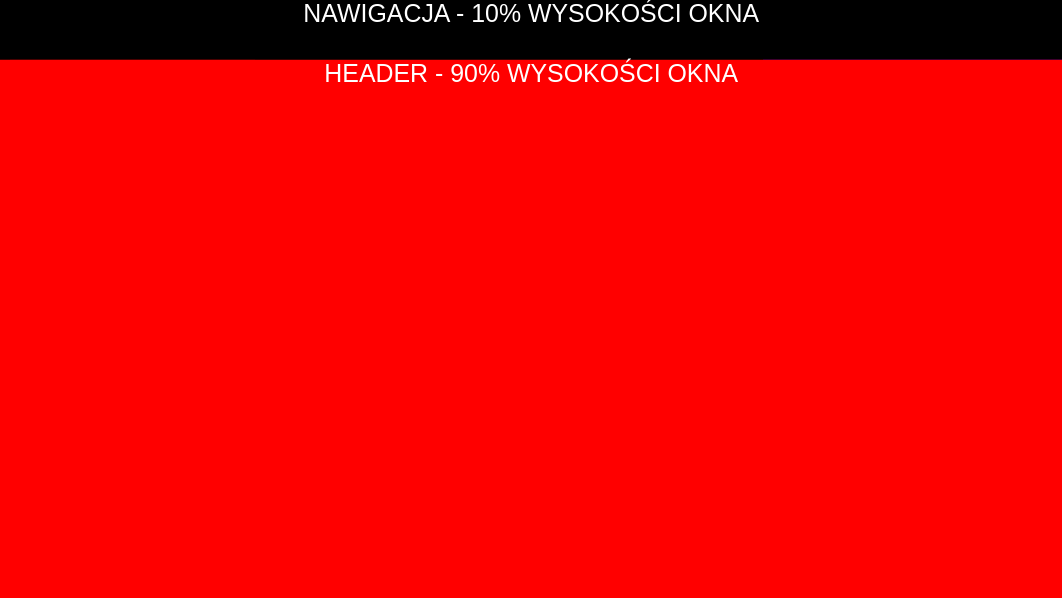
Repository: jasonj2333/advance_CSS
Page: 01-Header, Nav/start.html
An editor plug-in stored every save of this project. The page is shown before and after the next save, followed by the edit.
The browser window is 1280 px wide. The pictures show the whole page, at 83% of full size.

Above is the page before, as saved 2019-04-23 18:35:01.

### 01-Header, Nav/start.html
<!DOCTYPE html>
<html lang="pl">

<head>
    <meta charset="UTF-8">
    <title>Najeżdzanie na header, nav przypięty</title>
    <style>
        * {
            margin: 0;
            padding: 0;
            box-sizing: border-box;
        }

        html {
            text-align: center;
            color: white;
            font-size: 30px;
            text-transform: uppercase;
            font-family: arial;

        }

        nav {
            background-color: #000;
            height: 10vh;
            width: 100%;
            position: fixed;
        }

        header {
            background-color: rgb(255, 0, 0);
            position: fixed;
            top: 10vh;
            left: 0;
            height: 90vh;
            width: 100%;

        }

        main {
            height: 100vh;
            background-color: rgb(17, 0, 255);
        }
    </style>
</head>

<body>
    <nav>
        Nawigacja - 10% wysokości okna
    </nav>
    <header>
        Header - 90% wysokości okna
    </header>
    <main>
        Główna zawartość - 100% wysokości okna
    </main>
</body>

</html>

After the next save:
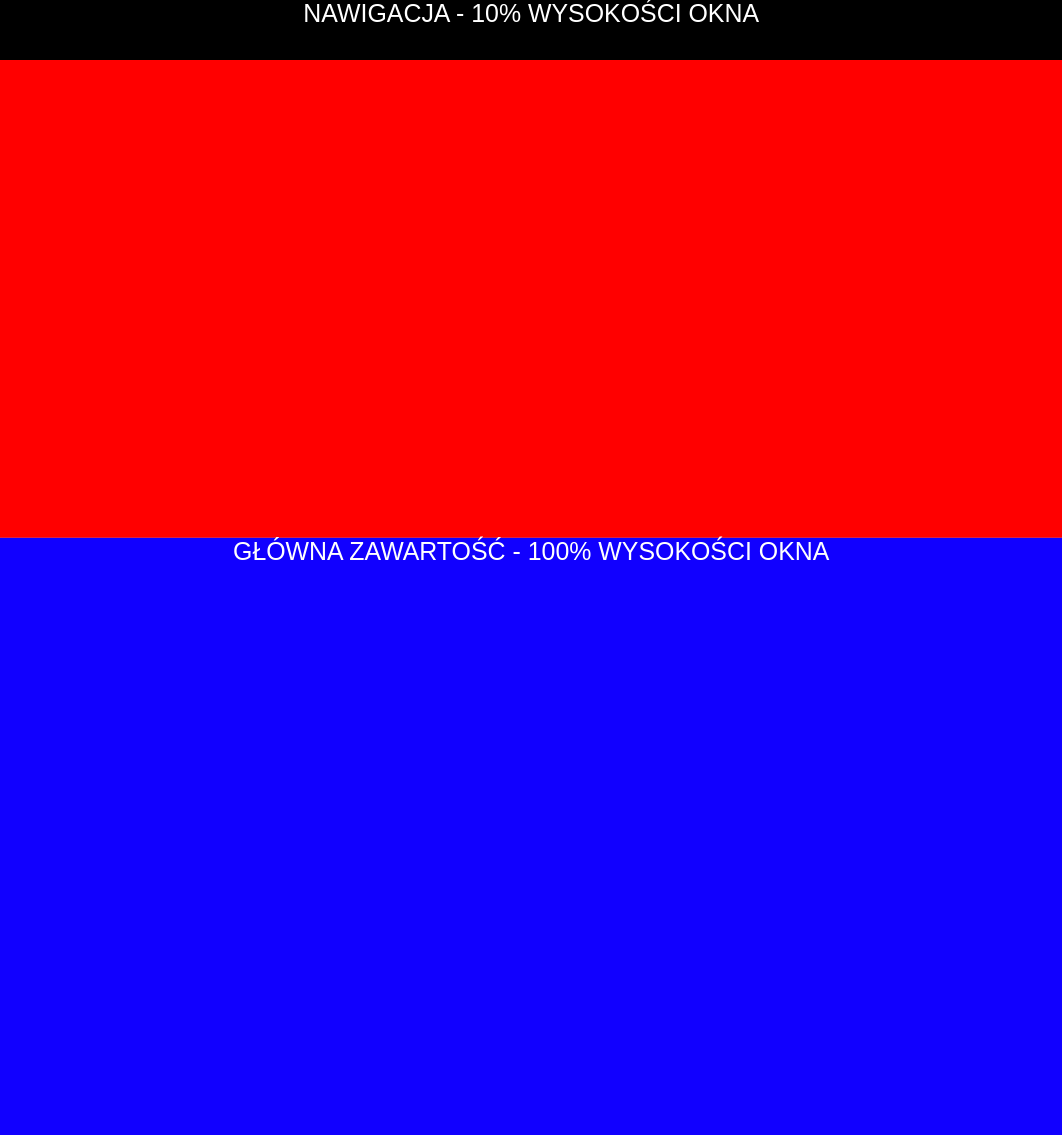
Saved 68 s later.
--- a/01-Header, Nav/start.html
+++ b/01-Header, Nav/start.html
@@ -29,9 +29,9 @@
 
         header {
             background-color: rgb(255, 0, 0);
-            position: fixed;
+            /* position: fixed;
             top: 10vh;
-            left: 0;
+            left: 0; */
             height: 90vh;
             width: 100%;
 

After the save that followed:
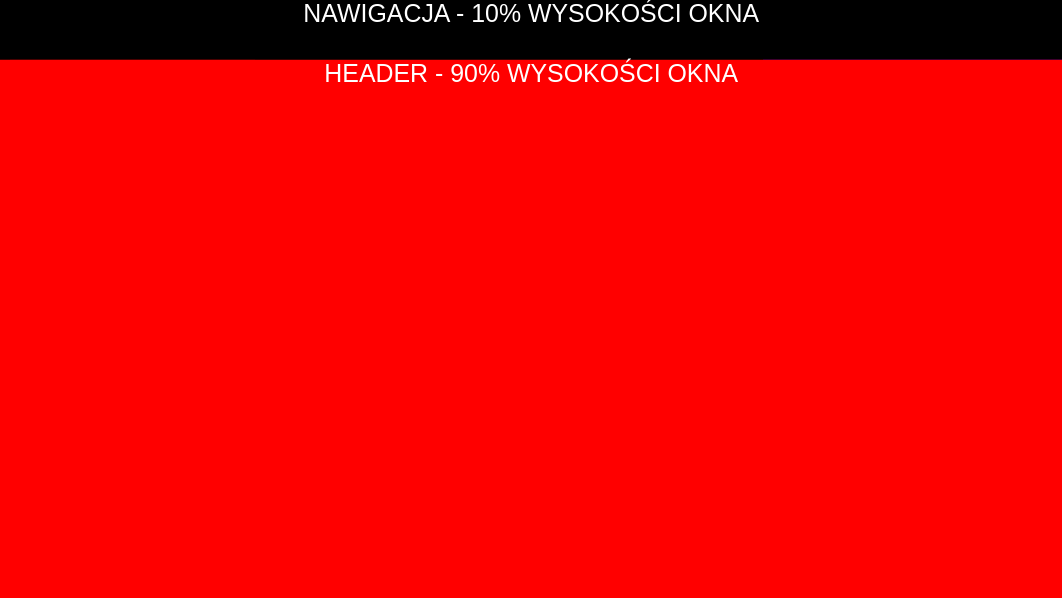
Saved 4 min 55 s later.
--- a/01-Header, Nav/start.html
+++ b/01-Header, Nav/start.html
@@ -29,9 +29,9 @@
 
         header {
             background-color: rgb(255, 0, 0);
-            /* position: fixed;
+            position: fixed;
             top: 10vh;
-            left: 0; */
+            left: 0;
             height: 90vh;
             width: 100%;
 
